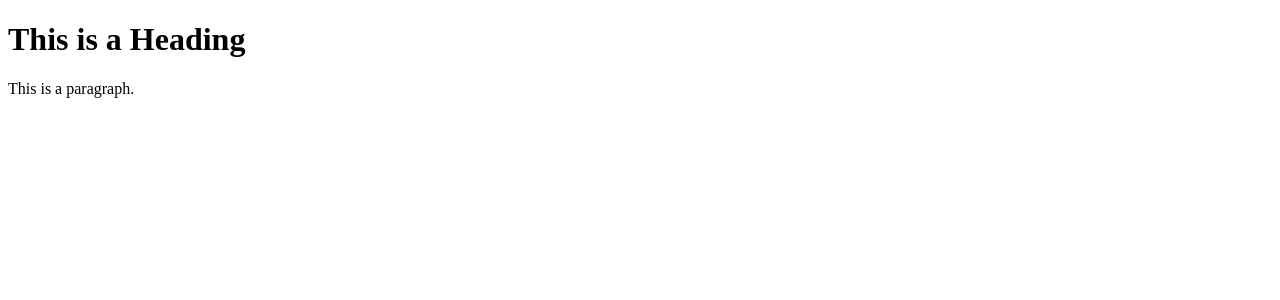
Repository: pflores002/pflores002.github.io
Page: project3.html
The author's editor kept a record of every edit. The page is drawn from the files as they stood at one moment, then again after the next edit.
The browser window is 1280 px wide. The pictures show the whole page.

Above is the page before.

### project3.html
<!DOCTYPE html>
<html>
    <head>
        <title>Project 3</title>
    </head>
    <body>

        <h1>This is a Heading</h1>
        <p>This is a paragraph.</p>

    </body>
</html>

After the next edit:
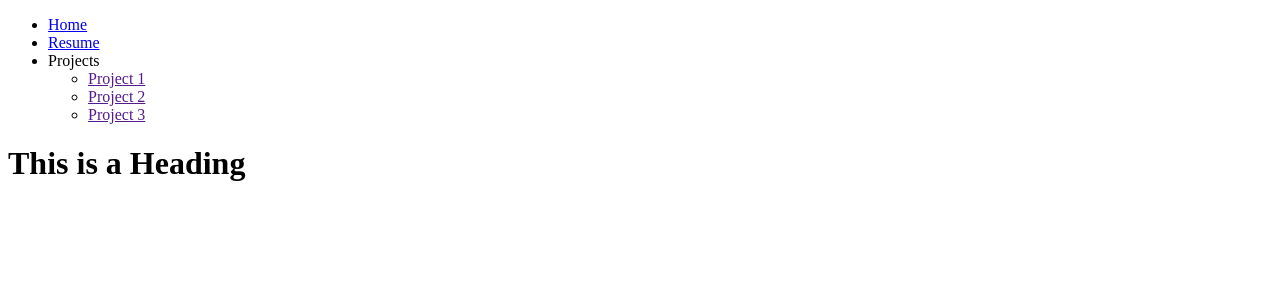
The edit:
--- a/project3.html
+++ b/project3.html
@@ -4,9 +4,20 @@
         <title>Project 3</title>
     </head>
     <body>
+        <ul class="navbar">
+            <li class="active"><a href="./">Home</a></li>
+            <li><a href="resume.html">Resume</a></li>
+            <li class="dropdown">
+                <div>Projects</div>
+                <ul class="dropdown-content">
+                    <li><a href="">Project 1</a></li>
+                    <li><a href="">Project 2</a></li>
+                    <li><a href="">Project 3</a></li>
+                </ul>
+            </li>
 
+        </ul>
         <h1>This is a Heading</h1>
-        <p>This is a paragraph.</p>
 
     </body>
 </html>
